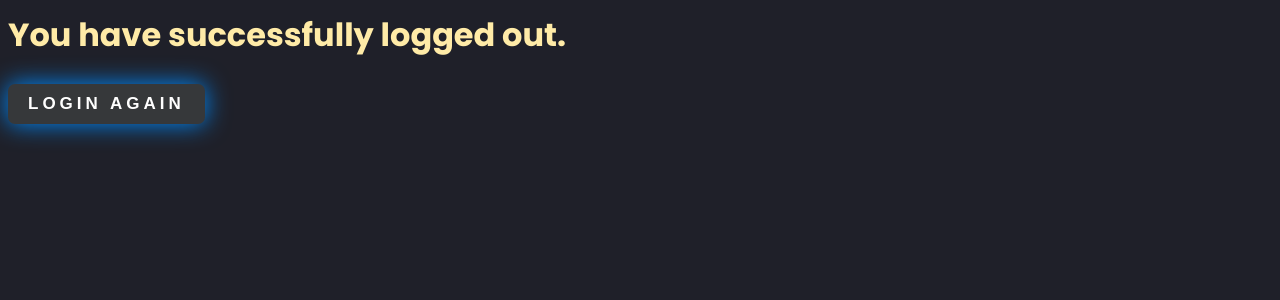
Repository: masifmuhammad/Quick-Notes
Page: Testing/logout.html
These files come from the project's save history. The page is drawn as it stood at one moment and after the next save; the edit follows.
The browser window is 1280 px wide. The pictures show the whole page.

Above is the page before, as saved 2023-03-26 05:38:01.

### Testing/logout.html
<style>

.shadow__btn {
    padding: 10px 20px;
    border: none;
    font-size: 17px;
    color: #fff;
    border-radius: 7px;
    letter-spacing: 4px;
    font-weight: 700;
    text-transform: uppercase;
    transition: 0.5s;
    transition-property: box-shadow;
  }

  .shadow__btn {
    background: rgb(54, 56, 58);
    box-shadow: 0 0 25px rgb(0,140,255);
  }

  .shadow__btn:hover {
    box-shadow: 0 0 5px rgb(0,140,255),
                0 0 25px rgb(0,140,255),
                0 0 50px rgb(0,140,255),
                0 0 100px rgb(0,140,255);
  }

</style>
<!DOCTYPE html>
<html lang="en">
<head>
  <meta charset="UTF-8">
  <meta name="viewport" content="width=device-width, initial-scale=1.0">
  <title>Logout</title>
  <link rel="stylesheet" href="styles.css">
</head>
<body>
  <div class="logout-container">
    <h1>You have successfully logged out.</h1>
    <button id="back-to-login" class="shadow__btn">Login Again</button>
  </div>
  <script src="logoutscript.js"></script>
</body>
</html>

### Testing/styles.css
@import url('https://fonts.googleapis.com/css?family=Poppins:400,500,600,700,800,900');
body {
  font-family: 'Poppins', sans-serif;
  font-weight: 300;
  line-height: 1.7;
  color: #ffeba7;
  background-color: #1f2029;
}

a:hover {
  text-decoration: none;
}

.link {
  color: #ffeba7;
}

.link:hover {
  color: #c4c3ca;
}

p {
  font-weight: 500;
  font-size: 14px;
}

h4 {
  font-weight: 600;
}

h6 span {
  padding: 0 20px;
  font-weight: 700;
}

.section {
  position: relative;
  width: 100%;
  display: block;
}

.full-height {
  min-height: 100vh;
}

[type="checkbox"]:checked,
[type="checkbox"]:not(:checked) {
  display: none;
}

.checkbox:checked + label,
.checkbox:not(:checked) + label {
  position: relative;
  display: block;
  text-align: center;
  width: 60px;
  height: 16px;
  border-radius: 8px;
  padding: 0;
  margin: 10px auto;
  cursor: pointer;
  background-color: #ffeba7;
}

.checkbox:checked + label:before,
.checkbox:not(:checked) + label:before {
  position: absolute;
  display: block;
  width: 36px;
  height: 36px;
  border-radius: 50%;
  color: #ffeba7;
  background-color: #020305;
  font-family: 'unicons';
  content: '\eb4f';
  z-index: 20;
  top: -10px;
  left: -10px;
  line-height: 36px;
  text-align: center;
  font-size: 24px;
  transition: all 0.5s ease;
}

.checkbox:checked + label:before {
  transform: translateX(44px) rotate(-270deg);
}

.card-3d-wrap {
  position: relative;
  width: 440px;
  max-width: 100%;
  height: 400px;
  -webkit-transform-style: preserve-3d;
  transform-style: preserve-3d;
  perspective: 800px;
  margin-top: 60px;
}

.card-3d-wrapper {
  width: 100%;
  height: 100%;
  position: absolute;
  -webkit-transform-style: preserve-3d;
  transform-style: preserve-3d;
  transition: all 600ms ease-out;
}

.card-front,
.card-back {
  width: 100%;
  height: 100%;
  background-color: #2b2e38;
  background-image: url('/img/pattern_japanese-pattern-2_1_2_0-0_0_1__ffffff00_000000.png');
  position: absolute;
  border-radius: 6px;
  -webkit-transform-style: preserve-3d;
  transform-style: preserve-3d;
}

.card-back {
  transform: rotateY(180deg);
}

.checkbox:checked ~ .card-3d-wrap .card-3d-wrapper {
  transform: rotateY(180deg);
}

.center-wrap {
  position: absolute;
  width: 100%;
  padding: 0 35px;
  top: 50%;
  left: 0;
  transform: translate3d(0, -50%, 35px) perspective(100px);
  z-index: 20;
  display: block;
}

.form-group {
  position: relative;
  display: block;
  margin: 0;
  padding: 0;
}

.form-style {
  padding: 13px 20px;
  padding-left: 55px;
  height: 48px;
  width: 100%;
  font-weight: 500;
  border-radius: 4px;
  font-size: 14px;
  line-height: 22px;
  letter-spacing: 0.5px;
  outline: none;
  color: #c4c3ca;
  background-color: #1f2029;
  border: none;
  -webkit-transition: all 200ms linear;
  transition: all 200ms linear;
  box-shadow: 0 4px 8px 0 rgba(21, 21, 21, 0.2);
}

.form-style:focus,
.form-style:active {
  border: none;
  outline: none;
  box-shadow: 0 4px 8px 0 rgba(21, 21, 21, 0.2);
}

.input-icon {
  position: absolute;
  top: 0;
  left: 18px;
  height: 48px;
  font-size: 24px;
  line-height: 48px;
  text-align: left;
  -webkit-transition: all 200ms linear;
  transition: all 200ms linear;
}

.btn {
  border-radius: 4px;
  height: 44px;
  font-size: 13px;
  font-weight: 600;
  text-transform: uppercase;
  -webkit-transition: all 200ms linear;
  transition: all 200ms linear;
  padding: 0 30px;
  letter-spacing: 1px;
  display: -webkit-inline-flex;
  display: -ms-inline-flexbox;
  display: inline-flex;
  align-items: center;
  background-color: #ffeba7;
  color: #000000;
}

.btn:hover {
  background-color: #000000;
  color: #ffeba7;
  box-shadow: 0 8px 24px 0 rgba(16, 39, 112, 0.2);
}
.loader {
  --background: linear-gradient(135deg, #23C4F8, #275EFE);
  --shadow: rgba(39, 94, 254, 0.28);
  --text: #6C7486;
  --page: rgba(255, 255, 255, 0.36);
  --page-fold: rgba(255, 255, 255, 0.52);
  --duration: 3s;
  width: 200px;
  height: 140px;
  position: relative;
}

.loader:before, .loader:after {
  --r: -6deg;
  content: "";
  position: absolute;
  bottom: 8px;
  width: 120px;
  top: 80%;
  box-shadow: 0 16px 12px var(--shadow);
  transform: rotate(var(--r));
}

.loader:before {
  left: 4px;
}

.loader:after {
  --r: 6deg;
  right: 4px;
}

.loader div {
  width: 100%;
  height: 100%;
  border-radius: 13px;
  position: relative;
  z-index: 1;
  perspective: 600px;
  box-shadow: 0 4px 6px var(--shadow);
  background-image: var(--background);
}

.loader div ul {
  margin: 0;
  padding: 0;
  list-style: none;
  position: relative;
}

.loader div ul li {
  --r: 180deg;
  --o: 0;
  --c: var(--page);
  position: absolute;
  top: 10px;
  left: 10px;
  transform-origin: 100% 50%;
  color: var(--c);
  opacity: var(--o);
  transform: rotateY(var(--r));
  -webkit-animation: var(--duration) ease infinite;
  animation: var(--duration) ease infinite;
}

.loader div ul li:nth-child(2) {
  --c: var(--page-fold);
  -webkit-animation-name: page-2;
  animation-name: page-2;
}

.loader div ul li:nth-child(3) {
  --c: var(--page-fold);
  -webkit-animation-name: page-3;
  animation-name: page-3;
}

.loader div ul li:nth-child(4) {
  --c: var(--page-fold);
  -webkit-animation-name: page-4;
  animation-name: page-4;
}

.loader div ul li:nth-child(5) {
  --c: var(--page-fold);
  -webkit-animation-name: page-5;
  animation-name: page-5;
}

.loader div ul li svg {
  width: 90px;
  height: 120px;
  display: block;
}

.loader div ul li:first-child {
  --r: 0deg;
  --o: 1;
}

.loader div ul li:last-child {
  --o: 1;
}

.loader span {
  display: block;
  left: 0;
  right: 0;
  top: 100%;
  margin-top: 20px;
  text-align: center;
  color: var(--text);
}

@keyframes page-2 {
  0% {
    transform: rotateY(180deg);
    opacity: 0;
  }

  20% {
    opacity: 1;
  }

  35%, 100% {
    opacity: 0;
  }

  50%, 100% {
    transform: rotateY(0deg);
  }
}

@keyframes page-3 {
  15% {
    transform: rotateY(180deg);
    opacity: 0;
  }

  35% {
    opacity: 1;
  }

  50%, 100% {
    opacity: 0;
  }

  65%, 100% {
    transform: rotateY(0deg);
  }
}

@keyframes page-4 {
  30% {
    transform: rotateY(180deg);
    opacity: 0;
  }

  50% {
    opacity: 1;
  }

  65%, 100% {
    opacity: 0;
  }

  80%, 100% {
    transform: rotateY(0deg);
  }
}

@keyframes page-5 {
  45% {
    transform: rotateY(180deg);
    opacity: 0;
  }

  65% {
    opacity: 1;
  }

  80%, 100% {
    opacity: 0;
  }

  95%, 100% {
    transform: rotateY(0deg);
  }
}

### Testing/logoutscript.js
document.getElementById('back-to-login').addEventListener('click', function() {
    window.location.href = 'login.html'; // Replace 'login.html' with the path to your login page
  });

After the next save:
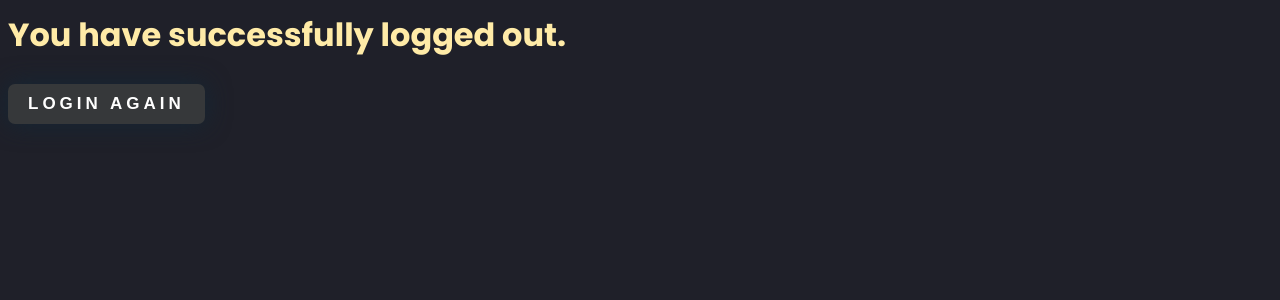
Saved 14 s later.
--- a/Testing/logout.html
+++ b/Testing/logout.html
@@ -15,7 +15,7 @@
 
   .shadow__btn {
     background: rgb(54, 56, 58);
-    box-shadow: 0 0 25px rgb(0,140,255);
+    box-shadow: 0 0 25px rgb(20, 39, 54);
   }
 
   .shadow__btn:hover {
